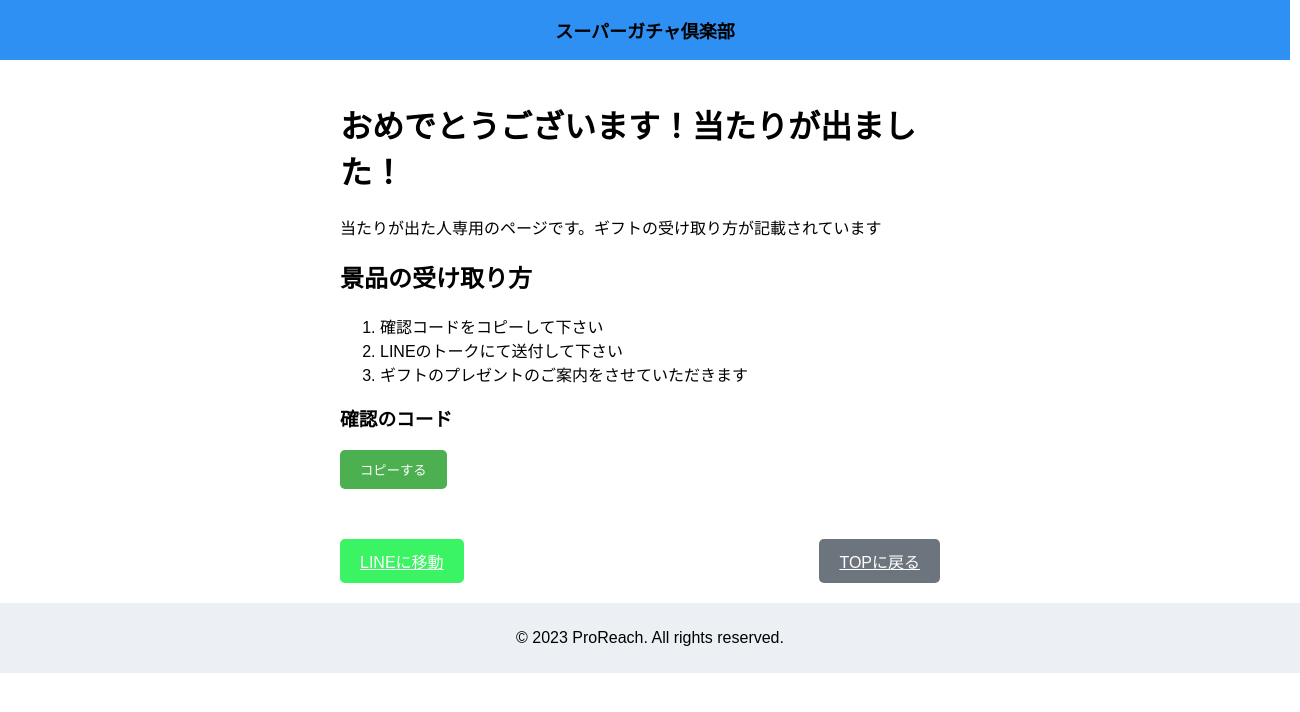
Repository: kskw0000/gggacha
Page: /winner (app in fronted/)
An editor plug-in stored every save of this project. The page is shown before and after the next save, followed by the edit.
The browser window is 1280 px wide. The page is 1300 px wide, so the pictures cover 1300 px, including what lies to the right of the window. The pictures show the whole page.
The project was rebuilt for these pictures with package versions that can differ from the ones it lists, and the page was loaded fresh each time. Also part of the build but not shown: fronted/src/components/css/GachaMachine.css, fronted/src/components/pages/GachaMachine.js, fronted/src/components/pages/Gacha.js.

Above is the page before, as saved 2023-07-01 08:57:01.

After the next save:
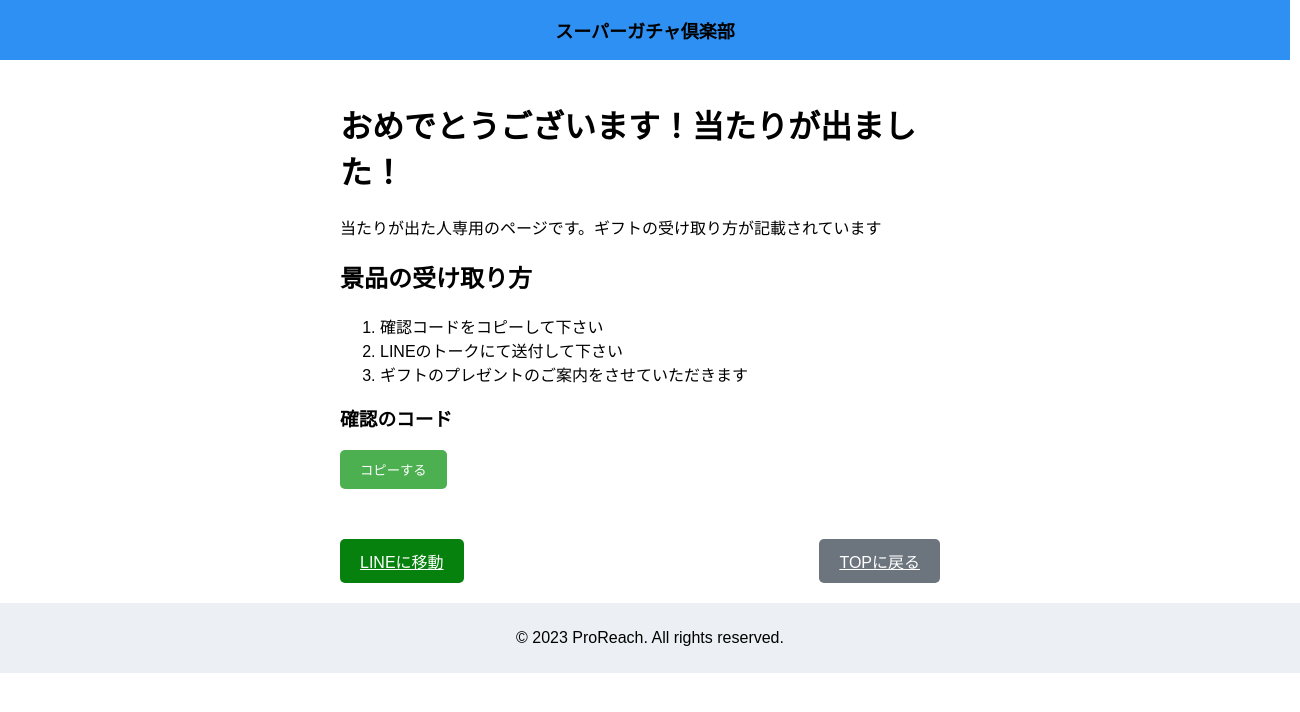
Saved 12 s later.
--- a/fronted/src/components/css/WinnerPage.css
+++ b/fronted/src/components/css/WinnerPage.css
@@ -30,5 +30,5 @@
 }
 
 .button.line {
-    background-color: #3bf463;
+    background-color: #06810e;
 }
